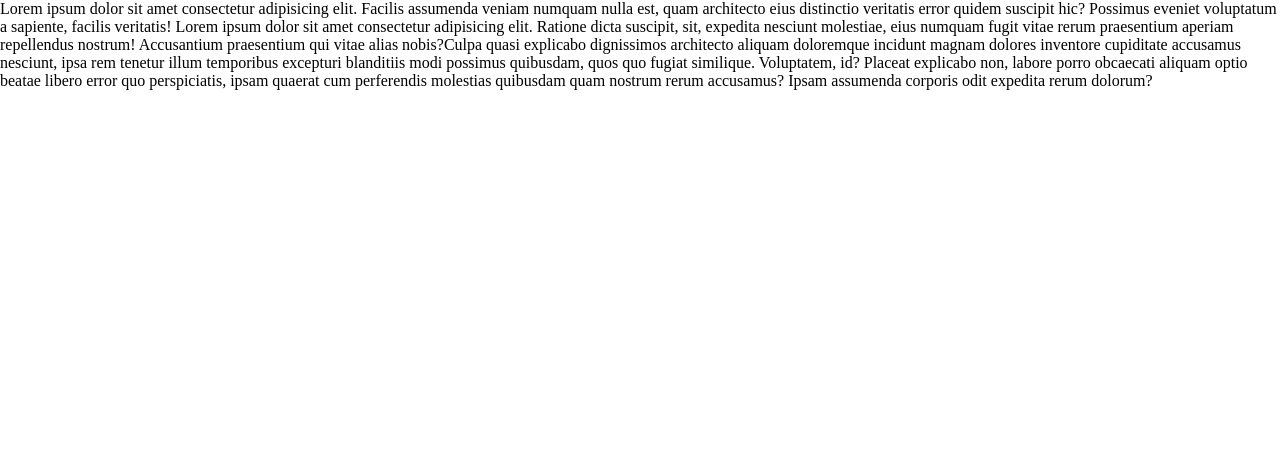
Repository: zuuo/--
Page: 1/index.html
These files come from the project's save history. The page is drawn as it stood at one moment and after the next save; the edit follows.
The browser window is 1280 px wide. The pictures show the whole page.
The style sheet was rebuilt from its Sass, Less or Tailwind sources for each picture, by a compiler version that may differ from the author's.

Above is the page before, as saved 2024-02-29 15:30:10.

### 1/index.html
<!DOCTYPE html>
<html lang="en">

<head>
    <meta charset="UTF-8">
    <meta name="viewport" content="width=device-width, initial-scale=1.0">
    <title>Document</title>
    <link rel="stylesheet" href="./style.css">
</head>

<body>
    <span>Lorem ipsum dolor sit amet consectetur adipisicing elit. Facilis assumenda veniam numquam nulla est, quam
        architecto eius distinctio veritatis error quidem suscipit hic? Possimus eveniet voluptatum a sapiente, facilis
        veritatis!
        Lorem ipsum dolor sit amet consectetur adipisicing elit. Ratione dicta suscipit, sit, expedita nesciunt
        molestiae, eius numquam fugit vitae rerum praesentium aperiam repellendus nostrum! Accusantium praesentium qui
        vitae alias nobis?Culpa quasi explicabo dignissimos architecto aliquam doloremque incidunt magnam dolores
        inventore cupiditate accusamus nesciunt, ipsa rem tenetur illum temporibus excepturi blanditiis modi possimus
        quibusdam, quos quo fugiat similique. Voluptatem,
        id?
        Placeat explicabo non, labore porro obcaecati aliquam optio beatae libero error quo perspiciatis, ipsam quaerat
        cum perferendis molestias quibusdam quam nostrum rerum accusamus? Ipsam assumenda corporis odit expedita rerum
        dolorum?
    </span>
</body>

Loaded but not shown: 1/style.scss (common file)

After the next save:
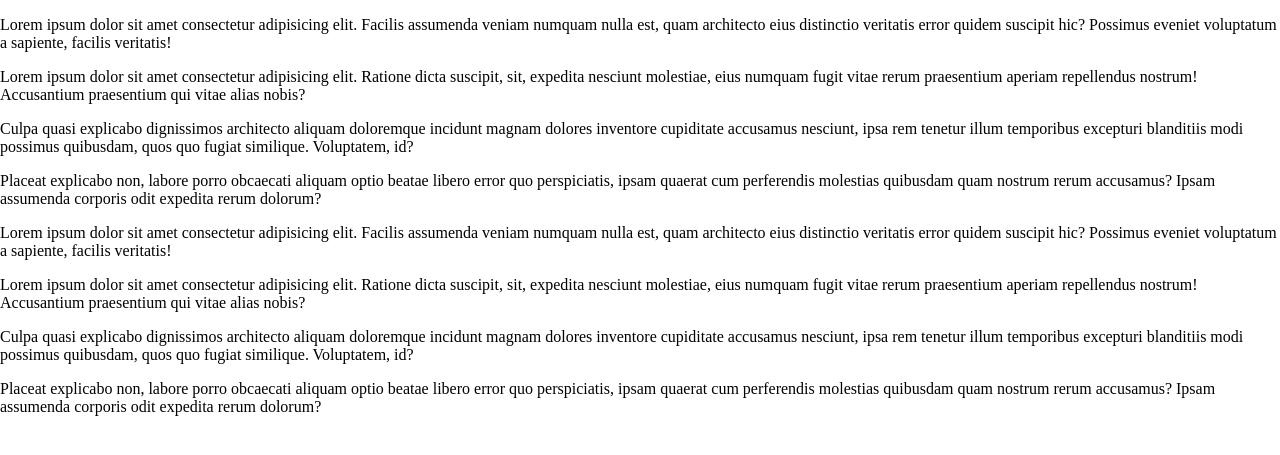
Saved 1 s later.
--- a/1/index.html
+++ b/1/index.html
@@ -9,17 +9,36 @@
 </head>
 
 <body>
-    <span>Lorem ipsum dolor sit amet consectetur adipisicing elit. Facilis assumenda veniam numquam nulla est, quam
-        architecto eius distinctio veritatis error quidem suscipit hic? Possimus eveniet voluptatum a sapiente, facilis
-        veritatis!
-        Lorem ipsum dolor sit amet consectetur adipisicing elit. Ratione dicta suscipit, sit, expedita nesciunt
-        molestiae, eius numquam fugit vitae rerum praesentium aperiam repellendus nostrum! Accusantium praesentium qui
-        vitae alias nobis?Culpa quasi explicabo dignissimos architecto aliquam doloremque incidunt magnam dolores
-        inventore cupiditate accusamus nesciunt, ipsa rem tenetur illum temporibus excepturi blanditiis modi possimus
-        quibusdam, quos quo fugiat similique. Voluptatem,
+    <p>Lorem ipsum dolor sit amet consectetur adipisicing elit. Facilis assumenda veniam numquam nulla est, quam architecto eius distinctio veritatis error quidem suscipit hic? Possimus eveniet voluptatum a sapiente, facilis veritatis!
+    </p>
+    <p>Lorem ipsum dolor sit amet consectetur adipisicing elit. Ratione dicta suscipit, sit, expedita nesciunt molestiae, eius numquam fugit vitae rerum praesentium aperiam repellendus nostrum! Accusantium praesentium qui vitae alias nobis?</p>
+    <p>Culpa quasi explicabo dignissimos architecto aliquam doloremque incidunt magnam dolores inventore cupiditate accusamus nesciunt, ipsa rem tenetur illum temporibus excepturi blanditiis modi possimus quibusdam, quos quo fugiat similique. Voluptatem,
         id?
-        Placeat explicabo non, labore porro obcaecati aliquam optio beatae libero error quo perspiciatis, ipsam quaerat
-        cum perferendis molestias quibusdam quam nostrum rerum accusamus? Ipsam assumenda corporis odit expedita rerum
-        dolorum?
-    </span>
+    </p>
+    <p>Placeat explicabo non, labore porro obcaecati aliquam optio beatae libero error quo perspiciatis, ipsam quaerat cum perferendis molestias quibusdam quam nostrum rerum accusamus? Ipsam assumenda corporis odit expedita rerum dolorum?
+    </p>
 </body>
+<!DOCTYPE html>
+<html lang="en">
+
+<head>
+    <meta charset="UTF-8">
+    <meta name="viewport" content="width=device-width, initial-scale=1.0">
+    <title>Document</title>
+    <link rel="stylesheet" href="./style.css">
+</head>
+
+<body>
+    <p>Lorem ipsum dolor sit amet consectetur adipisicing elit. Facilis assumenda veniam numquam nulla est, quam architecto eius distinctio veritatis error quidem suscipit hic? Possimus eveniet voluptatum a sapiente, facilis veritatis!
+    </p>
+    <p>Lorem ipsum dolor sit amet consectetur adipisicing elit. Ratione dicta suscipit, sit, expedita nesciunt molestiae, eius numquam fugit vitae rerum praesentium aperiam repellendus nostrum! Accusantium praesentium qui vitae alias nobis?</p>
+    <p>Culpa quasi explicabo dignissimos architecto aliquam doloremque incidunt magnam dolores inventore cupiditate accusamus nesciunt, ipsa rem tenetur illum temporibus excepturi blanditiis modi possimus quibusdam, quos quo fugiat similique. Voluptatem,
+        id?
+    </p>
+    <p>Placeat explicabo non, labore porro obcaecati aliquam optio beatae libero error quo perspiciatis, ipsam quaerat cum perferendis molestias quibusdam quam nostrum rerum accusamus? Ipsam assumenda corporis odit expedita rerum dolorum?
+    </p>
+</body>
+
+</html>
+
+</html>
